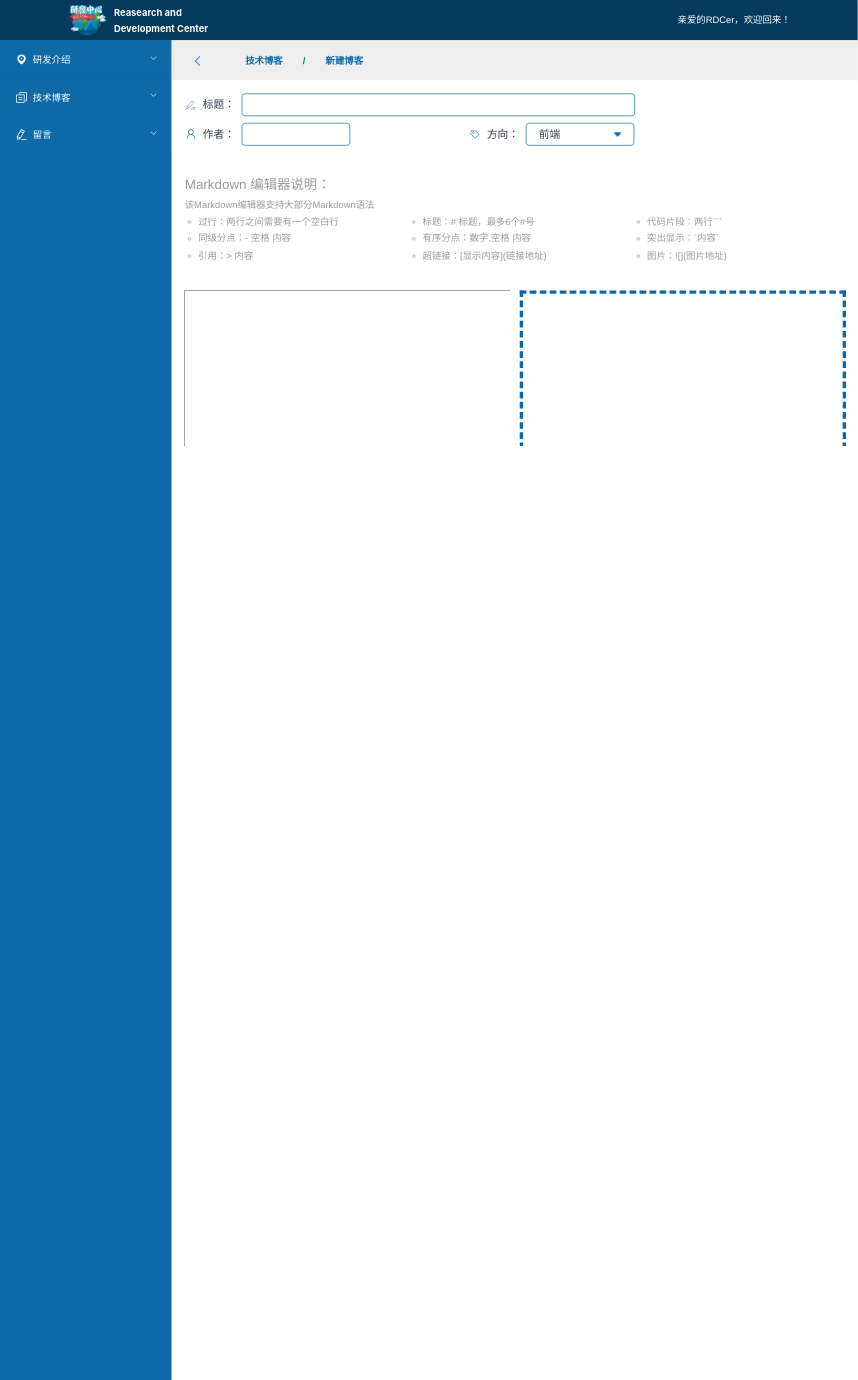
Repository: roger-hub/RDC-front-program
Page: /createblog
An editor plug-in stored every save of this project. The page is shown before and after the next save, followed by the edit.
The browser window is 1280 px wide. The pictures show the whole page, at 67% of full size.
An inner scrolling area shows only its first screen. The project was rebuilt for these pictures with package versions that can differ from the ones it lists, and the page was loaded fresh each time. Also part of the build but not shown: vue.config.js, src/views/Home.vue, src/views/Login.vue, src/components/UnMessage.vue, src/views/CheckMessage.vue, src/components/PushComment.vue, src/components/ReplyArea.vue, src/components/EachMessage.vue and 1 more.

Above is the page before, as saved 2020-08-21 20:46:22.

After the next save:
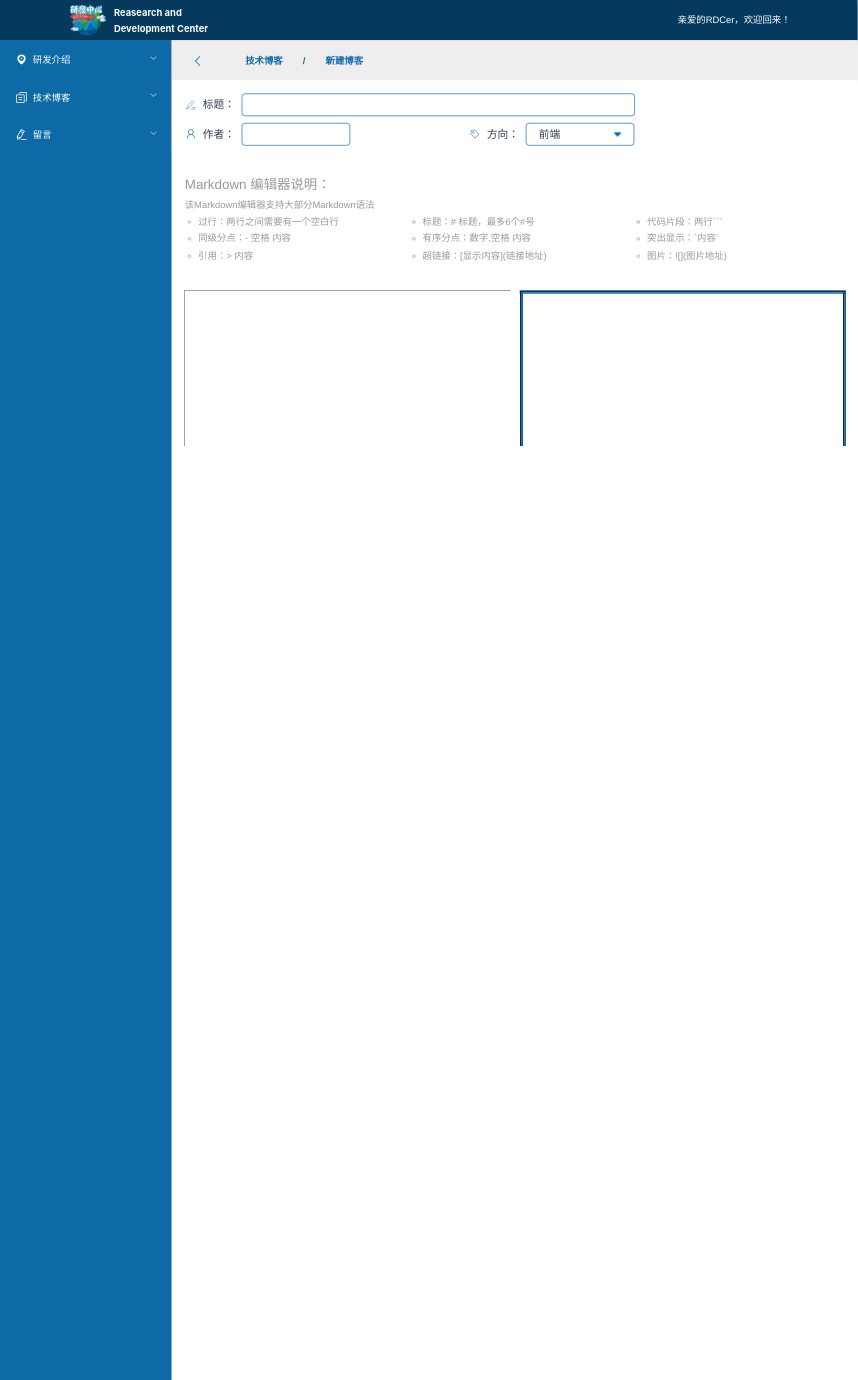
Saved 25 s later.
--- a/src/components/blogWrite/md.vue
+++ b/src/components/blogWrite/md.vue
@@ -159,7 +159,7 @@
         overflow-y: auto;
         padding: 0 10px;
         /* color: #eee; */
-        border: 5px dashed  #0d66a7;
+        border: 5px groove #0d66a7;
     }
 
 
